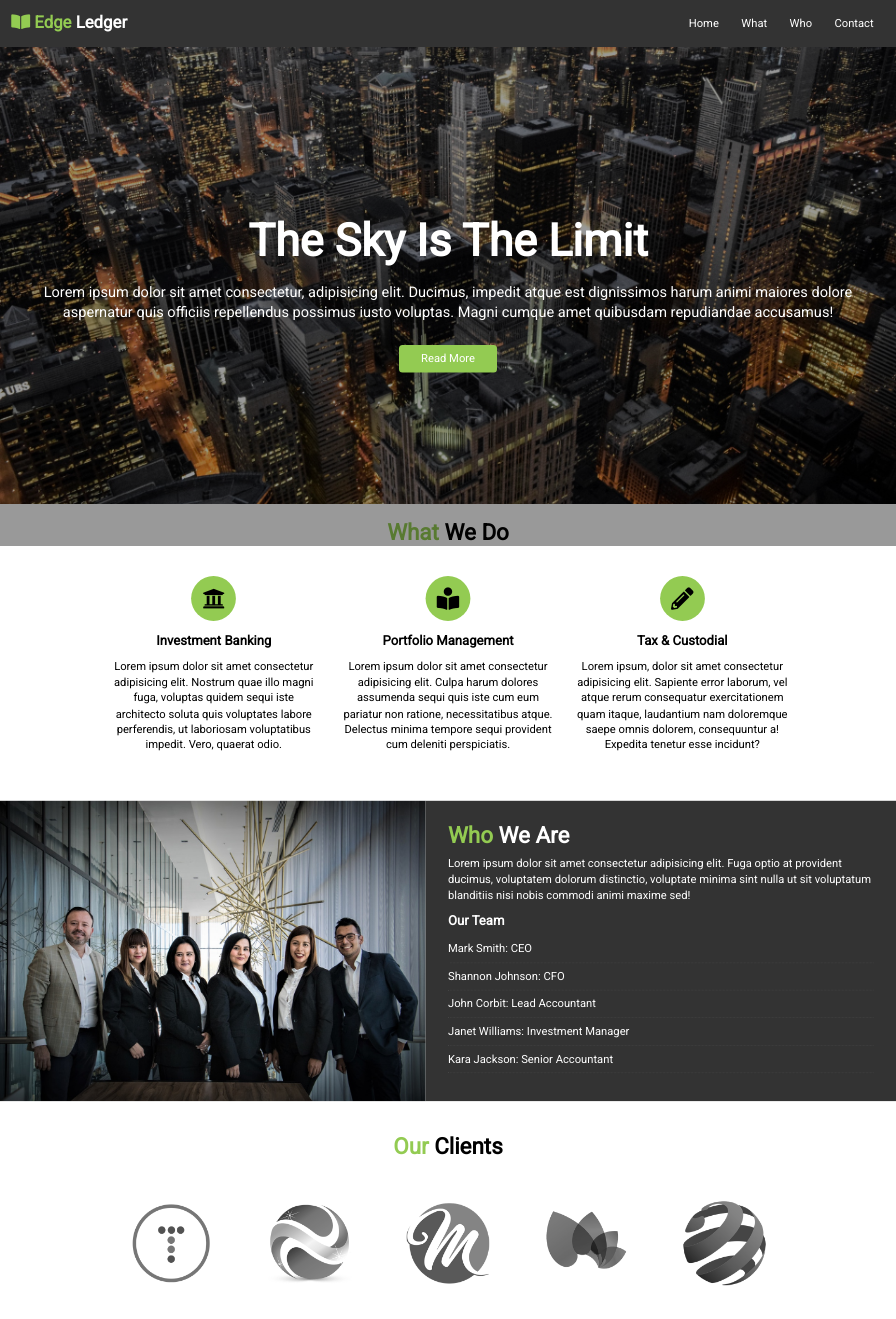
Repository: minhtien9/EdgeLedger-Financial-Web
Page: index.html
These files come from the project's save history. The page is drawn as it stood at one moment and after the next save; the edit follows.
The browser window is 1280 px wide. The pictures show the whole page, at 70% of full size.

Above is the page before, as saved 2021-08-16 22:50:01.

### index.html
<!DOCTYPE html>
<html lang="en">

<head>
    <meta charset="UTF-8" />
    <meta http-equiv="X-UA-Compatible" content="IE=edge" />
    <meta name="viewport" content="width=device-width, initial-scale=1.0" />
    <link rel="stylesheet" href="https://cdnjs.cloudflare.com/ajax/libs/font-awesome/5.15.4/css/all.min.css" integrity="sha512-1ycn6IcaQQ40/MKBW2W4Rhis/DbILU74C1vSrLJxCq57o941Ym01SwNsOMqvEBFlcgUa6xLiPY/NS5R+E6ztJQ==" crossorigin="anonymous" referrerpolicy="no-referrer"
    />
    <link rel="stylesheet" media="screen and (max-width:768px)" href="css/mobile.css" />
    <link rel="stylesheet" media="screen  and (min-width:1100)" href="css/widescreen.css" />
    <link rel="stylesheet" href="css/style.css" />
    <title>EdgeLedger Financial | Accounting & Investment</title>
</head>

<body id="home">
    <!-- Navbar -->
    <nav id="navbar">
        <h1 class="logo">
            <span class="text-primary"> <i class="fas fa-book-open"></i> Edge </span
        >Ledger
      </h1>
      <ul>
        <li><a href="#home">Home</a></li>
        <li><a href="#what">What</a></li>
        <li><a href="#who">Who</a></li>
        <li><a href="#contact">Contact</a></li>
      </ul>
    </nav>
    <!-- Header: Showcase -->
    <header id="showcase">
      <div class="showcase-content">
        <h1 class="l-heading">The Sky Is The Limit</h1>
        <p class="lead">
          Lorem ipsum dolor sit amet consectetur, adipisicing elit. Ducimus,
          impedit atque est dignissimos harum animi maiores dolore aspernatur
          quis officiis repellendus possimus iusto voluptas. Magni cumque amet
          quibusdam repudiandae accusamus!
        </p>
        <a href="#what" class="btn">Read More</a>
      </div>
    </header>
    <!-- Section: What We Do -->
    <section id="what" class="bg-ligh py-1">
      <div class="container">
        <h2 class="m-heading text-center">
          <span class="text-primary">What</span> We Do
            </h2>
            <div class="items">
                <div class="item">
                    <i class="fas fa-university fa-2x"></i>
                    <div>
                        <h3>Investment Banking</h3>
                        <p>
                            Lorem ipsum dolor sit amet consectetur adipisicing elit. Nostrum quae illo magni fuga, voluptas quidem sequi iste architecto soluta quis voluptates labore perferendis, ut laboriosam voluptatibus impedit. Vero, quaerat odio.
                        </p>
                    </div>
                </div>
                <div class="item">
                    <i class="fas fa-book-reader fa-2x"></i>
                    <div>
                        <h3>Portfolio Management</h3>
                        <p>
                            Lorem ipsum dolor sit amet consectetur adipisicing elit. Culpa harum dolores assumenda sequi quis iste cum eum pariatur non ratione, necessitatibus atque. Delectus minima tempore sequi provident cum deleniti perspiciatis.
                        </p>
                    </div>
                </div>
                <div class="item">
                    <i class="fas fa-pencil-alt fa-2x"></i>
                    <div>
                        <h3>Tax & Custodial</h3>
                        <p>
                            Lorem ipsum, dolor sit amet consectetur adipisicing elit. Sapiente error laborum, vel atque rerum consequatur exercitationem quam itaque, laudantium nam doloremque saepe omnis dolorem, consequuntur a! Expedita tenetur esse incidunt?
                        </p>
                    </div>
                </div>
            </div>
            </div>
            </section>

            <!-- Section :Who We Are -->
            <section id="who">
                <div class="who-img"></div>
                <div class="who-text bg-dark p-2">
                    <h2 class="m-heading"><span class="text-primary">Who</span> We Are</h2>
                    <p>
                        Lorem ipsum dolor sit amet consectetur adipisicing elit. Fuga optio at provident ducimus, voluptatem dolorum distinctio, voluptate minima sint nulla ut sit voluptatum blanditiis nisi nobis commodi animi maxime sed!
                    </p>
                    <h3>Our Team</h3>
                    <ul class="list">
                        <li>Mark Smith: CEO</li>
                        <li>Shannon Johnson: CFO</li>
                        <li>John Corbit: Lead Accountant</li>
                        <li>Janet Williams: Investment Manager</li>
                        <li>Kara Jackson: Senior Accountant</li>
                    </ul>
                </div>
            </section>

            <!-- Section: Clients -->
            <section id="clients" class="py-1">
                <div class="container">
                    <h2 class="m-heading text-center py-1">
                        <span class="text-primary">Our</span> Clients
                    </h2>
                    <div class="items py-1">
                        <div><img src="./img/logos/logo1.png" alt="Client" /></div>
                        <div><img src="./img/logos/logo2.png" alt="Client" /></div>
                        <div><img src="./img/logos/logo3.png" alt="Client" /></div>
                        <div><img src="./img/logos/logo4.png" alt="Client" /></div>
                        <div><img src="./img/logos/logo5.png" alt="Client" /></div>
                    </div>
                </div>
            </section>
</body>

</html>

### css/style.css
@import url('https://fonts.googleapis.com/css2?family=Roboto&display=swap');
* {
    box-sizing: border-box;
    margin: 0;
    padding: 0;
}

body {
    font-family: 'Roboto', sans-serif;
    line-height: 1.4;
}

a {
    text-decoration: none;
}

p {
    margin: 0.75rem 0;
}


/* Utility Classes */

.container {
    max-width: 1100px;
    margin: auto;
    padding: 0 2rem;
    overflow: hidden;
}

.text-center {
    text-align: center;
}

.text-primary {
    color: #93cb52;
}

.bg-light {
    background: #f4f4f4;
    color: #333;
}

.bg-dark {
    background: #333;
    color: #fff;
}

.l-heading {
    font-size: 4rem;
    margin-bottom: 0.75rem;
    line-height: 1.1;
}

.m-heading {
    font-size: 2rem;
    margin-bottom: 0.75rem;
    line-height: 1.1;
}

.lead {
    font-size: 1.3rem;
    margin-bottom: 2rem;
}

.py-1 {
    padding: 1.5rem;
}

.py-2 {
    padding: 2rem;
}

.py-3 {
    padding: 3rem;
}

.p-1 {
    padding: 1.5rem;
}

.p-2 {
    padding: 2rem;
}

.p-3 {
    padding: 3rem;
}

.btn {
    display: inline-block;
    color: #fff;
    background: #93cb52;
    padding: 0.5rem 2rem;
    border: none;
    border-radius: 5px;
}

.btn:hover {
    background: #7ab436;
}

.btn-dark {
    background: #333;
    color: #fff;
}

.list {
    margin: 0.5rem 0;
    list-style: none;
}

.list li {
    padding: 0.5rem 0;
    border-bottom: #444 dotted 1px;
}


/* Navbar */

#navbar {
    display: flex;
    top: 0;
    background: #333;
    color: #fff;
    justify-content: space-between;
    z-index: 1;
    padding: 1rem;
    position: fixed;
    width: 100%;
}

#navbar ul {
    display: flex;
    align-items: center;
    list-style: none;
}

#navbar ul li a {
    color: #fff;
    padding: 0.75rem;
    margin: 0 0.25rem;
}

#navbar ul li a:hover {
    background: #93cb52;
    border-radius: 5px;
}


/* Showcase */

#showcase {
    background: #333 url('../img/showcase.jpg') no-repeat center center/cover;
    height: 100vh;
    color: #fff;
}

#showcase .showcase-content {
    display: flex;
    flex-direction: column;
    text-align: center;
    justify-content: center;
    align-items: center;
    height: 100%;
    padding: 0 2rem;
    /* Overlay */
    position: absolute;
    top: 60px;
    left: 0;
    right: 0;
    bottom: 0;
    background-color: rgba(0, 0, 0, 0.4);
}


/* Section: What We Do */

#what .items {
    display: flex;
    padding: 1rem;
}

#what .items .item {
    flex: 1;
    text-align: center;
    padding: 1rem;
}

#what .items .item i {
    background: #93cb52;
    padding: 1rem;
    border-radius: 50%;
    margin-bottom: 1rem;
}


/* Section: Who We Are */

#who {
    display: flex;
}

#who div {
    flex: 1;
}

#who .who-img {
    background: url('../img/people.jpg') no-repeat center center/cover;
}


/* Client */

#clients .items {
    display: flex;
}

#clients .items img {
    display: block;
    margin: auto;
    width: 60%;
}

Loaded but not shown: css/mobile.css (no stored copy; drawn as an empty file); css/widescreen.css (no stored copy; drawn as an empty file)

After the next save:
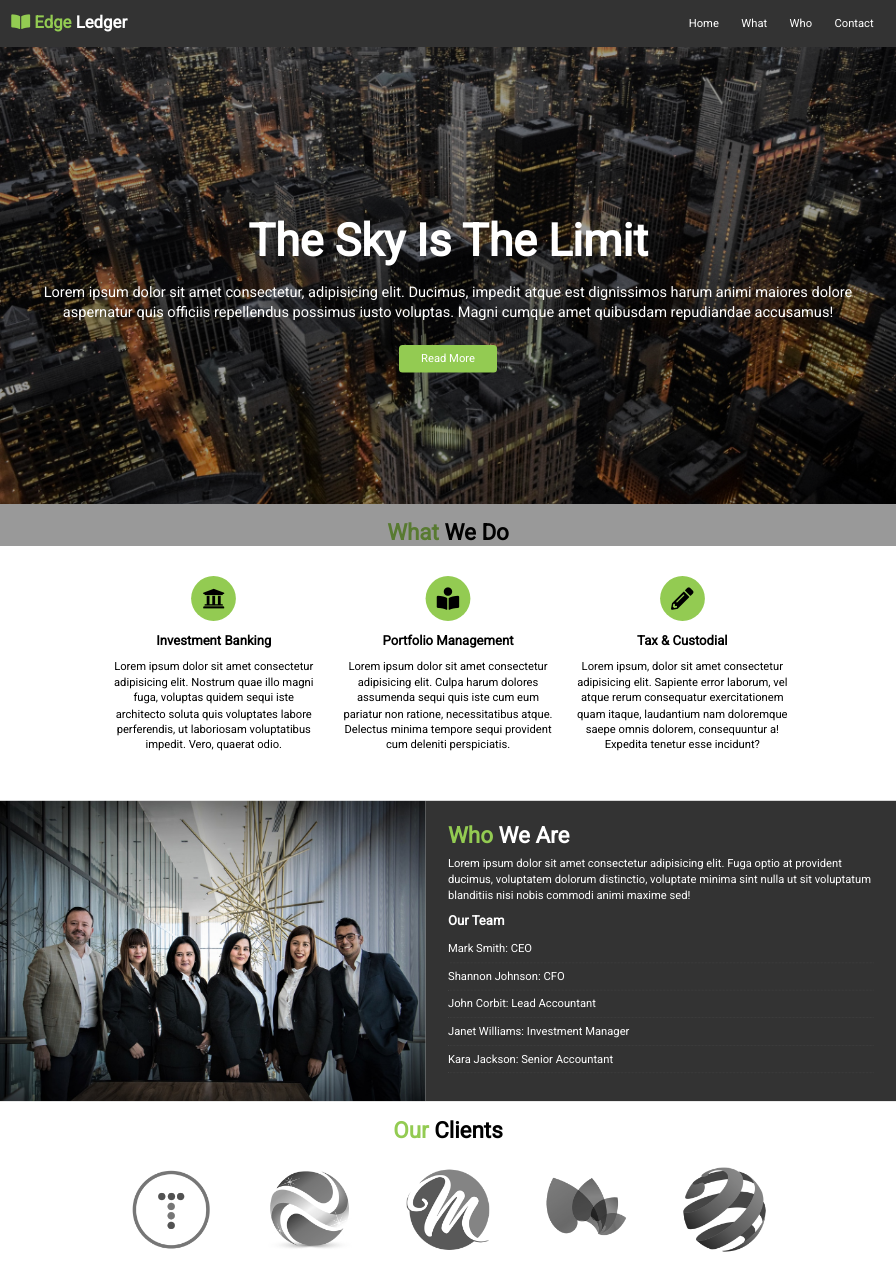
Saved 6 s later.
--- a/index.html
+++ b/index.html
@@ -100,7 +100,7 @@
             <!-- Section: Clients -->
             <section id="clients" class="py-1">
                 <div class="container">
-                    <h2 class="m-heading text-center py-1">
+                    <h2 class="m-heading text-center">
                         <span class="text-primary">Our</span> Clients
                     </h2>
                     <div class="items py-1">
